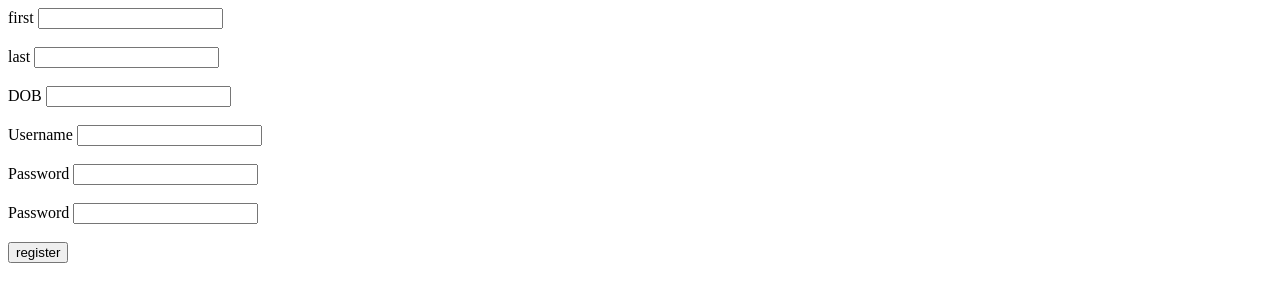
Repository: TraceMears/PerScholas
Page: http://localhost/SalahCookieExercise/Register.jsp
The author's editor kept a copy of each file at every save. The page is drawn from the files as they stood at one save, then again after the next save.
The browser window is 1280 px wide. The pictures show the whole page.
The page is served by Tomcat 9. Other server files are loaded and not shown.

Above is the page before, as saved 2019-10-30 13:56:34.

### SalahCookieExercise/WebContent/Register.jsp
<%@ page language="java" contentType="text/html; charset=ISO-8859-1"
    pageEncoding="ISO-8859-1"%>
<!DOCTYPE html>
<html>
<head>
<meta charset="ISO-8859-1">
<title>Insert title here</title>
</head>
<body>
	<form method="post" action="RegisterRedirect">
        <label for="first name">first</label>
        <input type="text" name="first" />
        <br/> <br/>

        <label for="last name">last</label>
        <input type="text" name="last" />
        <br/> <br/>

        <label for="date of birth">DOB</label>
        <input type="text" name="dob" />
        <br/> <br/>

        <label for="username">Username</label>
        <input type="text" name="username" />
        <br/> <br/>

        <label for="password">Password</label>
        <input type="text" name="password" />
        <br/> <br/>

        <label for="confirm password">Password</label>
        <input type="text" name="password2" />
        <br/> <br/>



        <input type="submit" name="submit" value="register">
    </form>
</body>
</html>

After the next save:
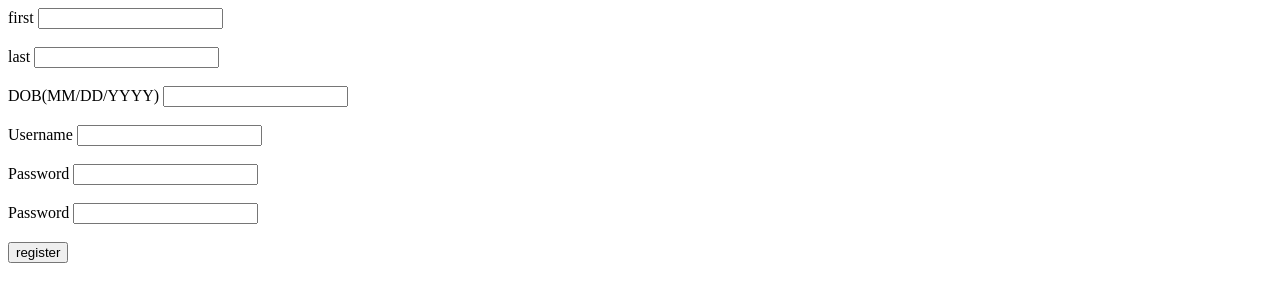
Saved 2 min 13 s later.
--- a/SalahCookieExercise/WebContent/Register.jsp
+++ b/SalahCookieExercise/WebContent/Register.jsp
@@ -16,7 +16,7 @@
         <input type="text" name="last" />
         <br/> <br/>
 
-        <label for="date of birth">DOB</label>
+        <label for="date of birth">DOB(MM/DD/YYYY)</label>
         <input type="text" name="dob" />
         <br/> <br/>
 
